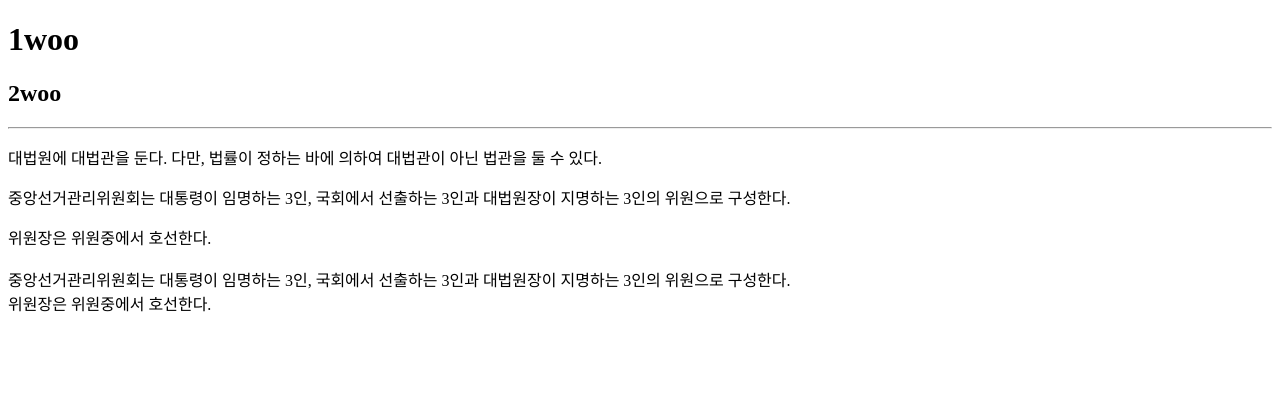
Repository: hyungju2/SSAFY_JavaPractice
Page: 20190211_HTML/web_java/HTMLProject/WebContent/html/First.html
These files come from the project's save history. The page is drawn as it stood at one moment and after the next save; the edit follows.
The browser window is 1280 px wide. The pictures show the whole page.

Above is the page before, as saved 2019-02-11 04:19:49.

After the next save:
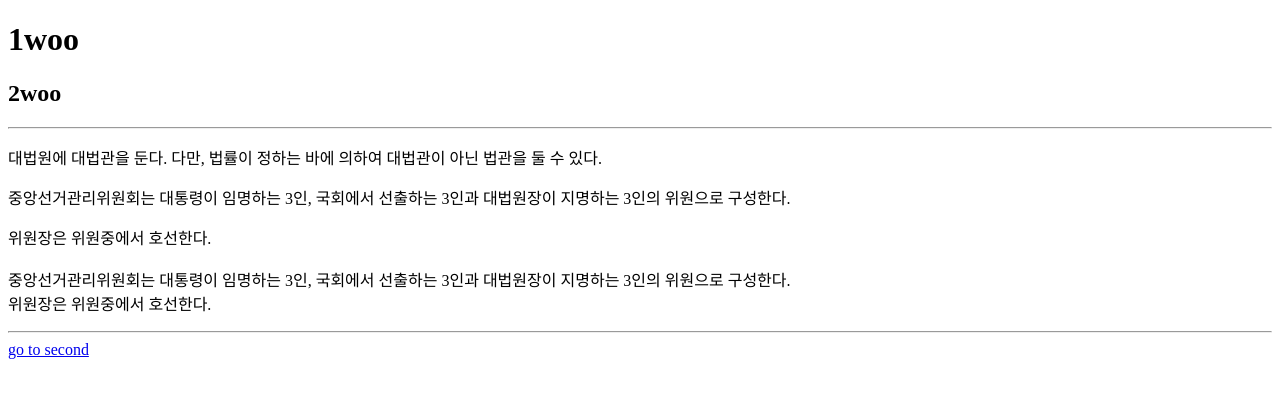
Saved 15 s later.
--- a/20190211_HTML/web_java/HTMLProject/WebContent/html/First.html
+++ b/20190211_HTML/web_java/HTMLProject/WebContent/html/First.html
@@ -14,8 +14,8 @@
 		<p><p>중앙선거관리위원회는 대통령이 임명하는 3인, 국회에서 선출하는 3인과 대법원장이 지명하는 3인의 위원으로 구성한다.<p> 위원장은 위원중에서 호선한다.
 		<br>
 		<br>중앙선거관리위원회는 대통령이 임명하는 3인, 국회에서 선출하는 3인과 대법원장이 지명하는 3인의 위원으로 구성한다.<br> 위원장은 위원중에서 호선한다.
-		<!-- p 태그는 문단을 나누는 것. 줄 바꾸는 것이 아니다. >
-		<!-- br태그는 줄 바꿈.>
+		<!-- p 태그는 문단을 나누는 것. 줄 바꾸는 것이 아니다.-->
+		<!-- br태그는 줄 바꿈.-->
 
 		<hr>
 		<a href="second.html"> go to second</a>
